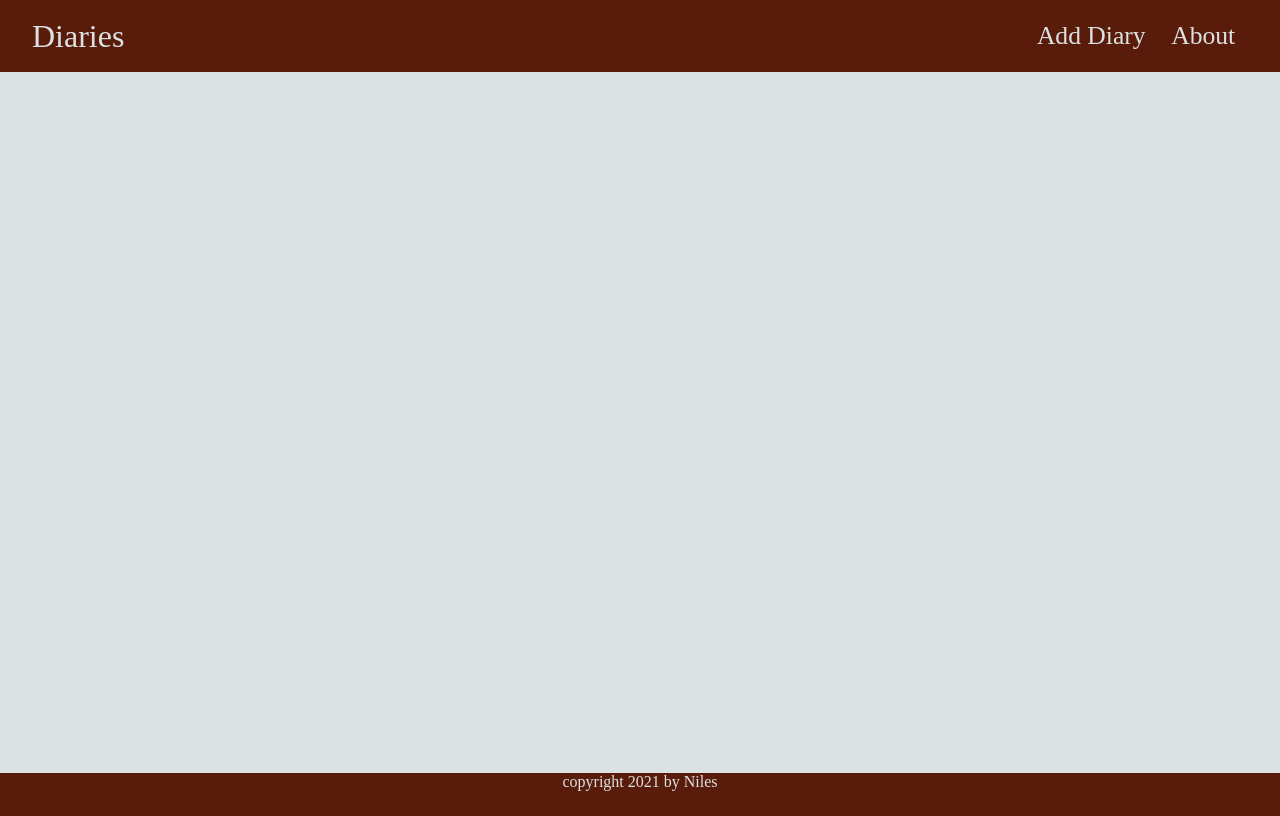
Repository: Tun-Dev/mydiary
Page: /
An editor plug-in stored every save of this project. The page is shown before and after the next save, followed by the edit.
The browser window is 1280 px wide. The pictures show the whole page.
The project was rebuilt for these pictures with package versions that can differ from the ones it lists, and the page was loaded fresh each time. Requests to the local data server were answered from the project's data file. Also part of the build but not shown: src/Components/About.js.

Above is the page before, as saved 2021-05-12 13:59:14.

### public/index.html
<!DOCTYPE html>
<html lang="en">
  <head>
    <meta charset="utf-8" />
    <link rel="icon" href="%PUBLIC_URL%/favicon.ico" />
    <meta name="viewport" content="width=device-width, initial-scale=1" />
    <meta name="theme-color" content="#000000" />
    <meta
      name="description"
      content="An Application To Keep Your Diary Save Online"
    />
    <link rel="apple-touch-icon" href="%PUBLIC_URL%/logo192.png" />
    <!--
      manifest.json provides metadata used when your web app is installed on a
      user's mobile device or desktop. See https://developers.google.com/web/fundamentals/web-app-manifest/
    -->
    <link rel="manifest" href="%PUBLIC_URL%/manifest.json" />
    <!--
      Notice the use of %PUBLIC_URL% in the tags above.
      It will be replaced with the URL of the `public` folder during the build.
      Only files inside the `public` folder can be referenced from the HTML.

      Unlike "/favicon.ico" or "favicon.ico", "%PUBLIC_URL%/favicon.ico" will
      work correctly both with client-side routing and a non-root public URL.
      Learn how to configure a non-root public URL by running `npm run build`.
    -->
    <title>MyDiary</title>
  </head>
  <body>
    <noscript>You need to enable JavaScript to run this app.</noscript>
    <div id="root"></div>
    <!--
      This HTML file is a template.
      If you open it directly in the browser, you will see an empty page.

      You can add webfonts, meta tags, or analytics to this file.
      The build step will place the bundled scripts into the <body> tag.

      To begin the development, run `npm start` or `yarn start`.
      To create a production bundle, use `npm run build` or `yarn build`.
    -->
  </body>
</html>

### src/index.js
import React from 'react';
import ReactDOM from 'react-dom';
import {BrowserRouter} from 'react-router-dom'
import App from './App';


ReactDOM.render(

  <React.StrictMode>
  <BrowserRouter>
    <App />
    </BrowserRouter>
  </React.StrictMode>,
  document.getElementById('root')
);

// If you want to start measuring performance in your app, pass a function
// to log results (for example: reportWebVitals(console.log))
// or send to an analytics endpoint. Learn more: https://bit.ly/CRA-vitals

### src/App.js
import React from "react";
import {Switch, Route} from 'react-router-dom';
import GlobalStyle from './GlobalStyle';

// import components
import Nav from './Layout/Nav';
import Footer from './Layout/Footer';
import DiaryHome from './Components/DiaryHome'
import About from './Components/About';

function App() {
  return (
    <div className="App">
    <GlobalStyle />
    <Nav />
    <div className="container">
    <Switch>
    <Route exact path="/">
    <DiaryHome />
    </Route>
    <Route exact path="/About">
    <About />
    </Route>
    </Switch>
    </div>
    <Footer />
    </div>
  );
}

export default App;

### src/GlobalStyle.js
import {createGlobalStyle} from 'styled-components';

const GlobalStyle = createGlobalStyle`
  * {
      margin: 0;
      padding: 0;
      box-sizing: border-box;
  }
  body {
 background-color: #dce1e3;
}
 a {
    text-decoration: none;
}
.container {
    margin: 3rem 14rem;
    height: 84vh;
}
`

export default GlobalStyle;

### src/Layout/Nav.js
import React from 'react';
import styled from 'styled-components';
import {Link} from 'react-router-dom'

const Nav = () => {
    return (
        <NavBar>
          <nav>
         <div className="header">
           Diaries
         </div>
         <ul className="navItens">
           <li><Link to="">Add Diary</Link></li>
           <li><Link to="/About">About</Link></li>
         </ul>
          </nav>
        </NavBar>
    )
}
const NavBar = styled.div`

  nav {
    display: flex;
    justify-content: space-between;
    align-items: center;
    background-color: #591c0b;
     height: 10vh;
     color: #dce1e3;
}
.header {
    margin: 0 2rem;
    font-size: 2rem;
}
ul {
    display: flex;
    margin: 0 2rem;
}
ul li {
    list-style: none;
    margin: 0 0.8rem;
}
ul li a {
    color: #dce1e3;
    font-size: 1.6rem;
}
`;

export default Nav;

### src/Layout/Footer.js
import React from 'react';
import styled from 'styled-components'

const Footer = () => {
    return (
        <Foot>
            copyright 2021 by Niles
        </Foot>
    )
}
const Foot = styled.div`
text-align: center;
background-color:  #591c0b;
 height: 6vh;
     color: #dce1e3;
`
export default Footer

### src/Components/DiaryHome.js
import React from 'react';
import useFetch from '../useFetch';
import Diary from './Diary';

const DiaryHome = () => {
  const {diaries, isPending, error} = useFetch('http://localhost:8000/drafts');
    return (
        <div>
         {error && <div> {error} </div>}
         {isPending && <div>Loading... </div>}
          {diaries && <Diary diaries={diaries} />}
        </div>
    )
}

export default DiaryHome

### src/useFetch.js
import {useState, useEffect} from 'react';

 const useFetch = (url) => {
     const [ diaries, setDiaries ] = useState("null");
  const [isPending, setIsPending] = useState(true);
  const [error, setError] = useState(null);

  useEffect( () => {
    fetch(url)
  .then(response =>{
    if(!response.ok) {
      throw Error('Could not fetch data for that resource please try again.')
    }
    response.json()
  })
  .then(data => {
  setDiaries(data);
  setIsPending(false);
  setError(null);
  })
  .catch(err =>{
    setIsPending(false);
    setError(err.message)
  })
  }, [url] )

  return {diaries, isPending, error }
}

export default useFetch;

### src/Components/Diary.js
import React from 'react';

const Diary = ({diaries}) => {
    diaries = Array.from(diaries);
    return (
        <div>
            {diaries.map((diary) => {
              return (
              <div>
                <h2 className="diaryTitle">{diary.title}</h2>
                <p className="diaryDate">{diary.date}</p>
              </div>
              );
              })};
        </div>
    )
}

export default Diary

### Data/db.json
{
   "drafts": [
        {
            "title": "my experience at school today",
            "date": "2021-11-23",
            "body": "today i had a good day",
            "id": "1"
        },
        {
            "title": "my experience at church today",
            "date": "2021-01-13",
            "body": "today i had a good day with the lord today",
            "id": "2"
        },
        {
            "title": "my experience at church today",
            "date": "2021-01-13",
            "body": "today i had a good day with the lord today",
            "id": "2"
        }
    ]
}

After the next save:
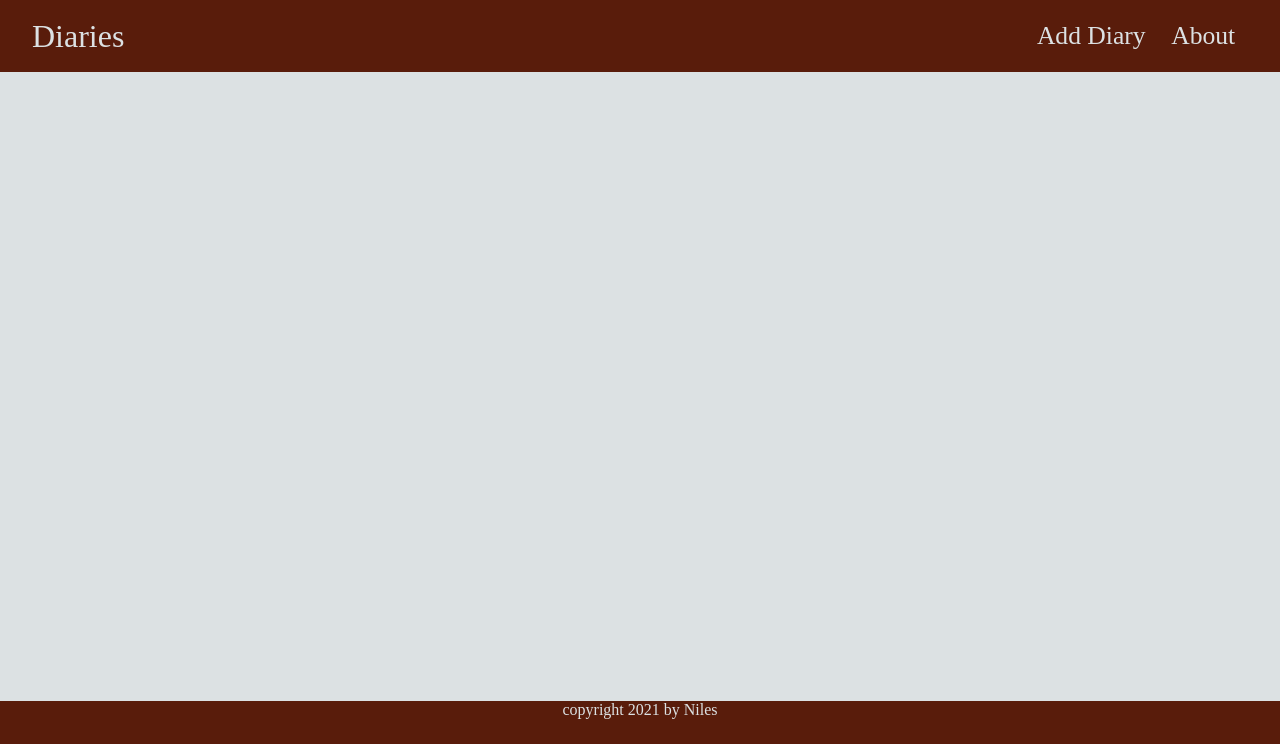
Saved 31 s later.
--- a/src/GlobalStyle.js
+++ b/src/GlobalStyle.js
@@ -14,7 +14,7 @@ const GlobalStyle = createGlobalStyle`
 }
 .container {
     margin: 3rem 14rem;
-    height: 84vh;
+    height: 74vh;
 }
 `
 
